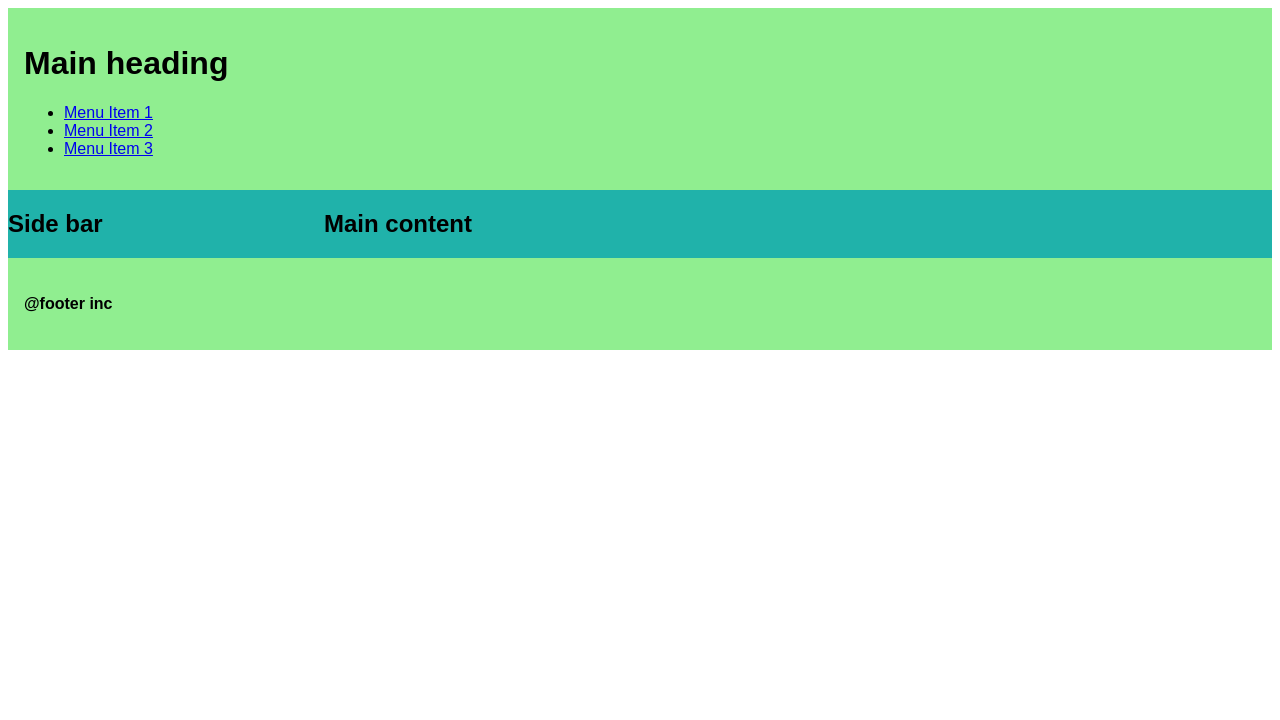
Repository: lasity34/first_layout
Page: index.html
An editor plug-in stored every save of this project. The page is shown before and after the next save, followed by the edit.
The browser window is 1280 px wide. The pictures show the whole page.

Above is the page before, as saved 2023-03-06 10:41:01.

### index.html
<!DOCTYPE html>
<html lang="en">
<head>
    <meta charset="UTF-8">
    <meta http-equiv="X-UA-Compatible" content="IE=edge">
    <meta name="viewport" content="width=device-width, initial-scale=1.0">
    <title>Document</title>
    <style>
        body {
            font-family: Arial, Helvetica, sans-serif;
        }

        .header {
            background-color: lightgreen;
            padding: 1em;
        }

        .main {
            background-color: lightseagreen;
        }

        .footer {
            background-color: lightgreen;
            padding: 1em;
        }

        .side-bar {
            float: left;
            width: 25%;
        }

        .clearfix {
            overflow: auto;
            zoom: 1;
        }
    </style>
</head>
<body>
    <div class="container">
        <div class="header">
            <h1>Main heading</h1>
            <ul class="menu">
                <li><a href="#">Menu Item 1</a></li>
                <li><a href="#">Menu Item 2</a></li>
                <li><a href="#">Menu Item 3</a></li>
            </ul>
        </div>
        <div class="main clearfix">
            <div class="side-bar">
                <h2>Side bar</h2>
            </div>
            <div class="content">
                <h2>Main content</h2>
            </div>
        </div>
        <div class="footer"><h4>@footer inc</h4></div>
    </div>
</body>
</html>

After the next save:
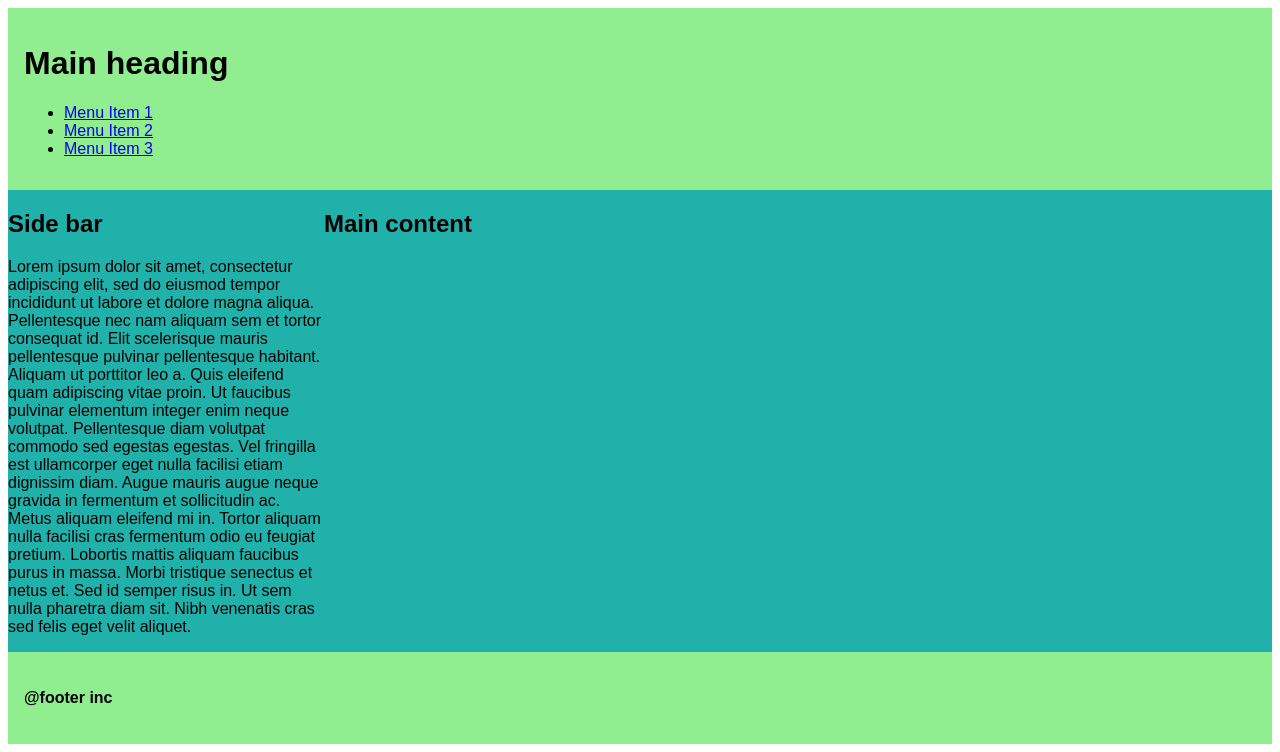
Saved 10 min 48 s later.
--- a/index.html
+++ b/index.html
@@ -48,6 +48,21 @@
         <div class="main clearfix">
             <div class="side-bar">
                 <h2>Side bar</h2>
+                <p>Lorem ipsum dolor sit amet, consectetur adipiscing elit,
+                    sed do eiusmod tempor incididunt ut labore et dolore magna aliqua.
+                    Pellentesque nec nam aliquam sem et tortor consequat id.
+                    Elit scelerisque mauris pellentesque pulvinar pellentesque habitant.
+                    Aliquam ut porttitor leo a. Quis eleifend quam adipiscing vitae proin.
+                    Ut faucibus pulvinar elementum integer enim neque volutpat.
+                    Pellentesque diam volutpat commodo sed egestas egestas.
+                    Vel fringilla est ullamcorper eget nulla facilisi etiam dignissim diam.
+                    Augue mauris augue neque gravida in fermentum et sollicitudin ac.
+                    Metus aliquam eleifend mi in.
+                    Tortor aliquam nulla facilisi cras fermentum odio eu feugiat pretium.
+                    Lobortis mattis aliquam faucibus purus in massa.
+                    Morbi tristique senectus et netus et. Sed id semper risus in.
+                    Ut sem nulla pharetra diam sit.
+                    Nibh venenatis cras sed felis eget velit aliquet.</p>
             </div>
             <div class="content">
                 <h2>Main content</h2>
